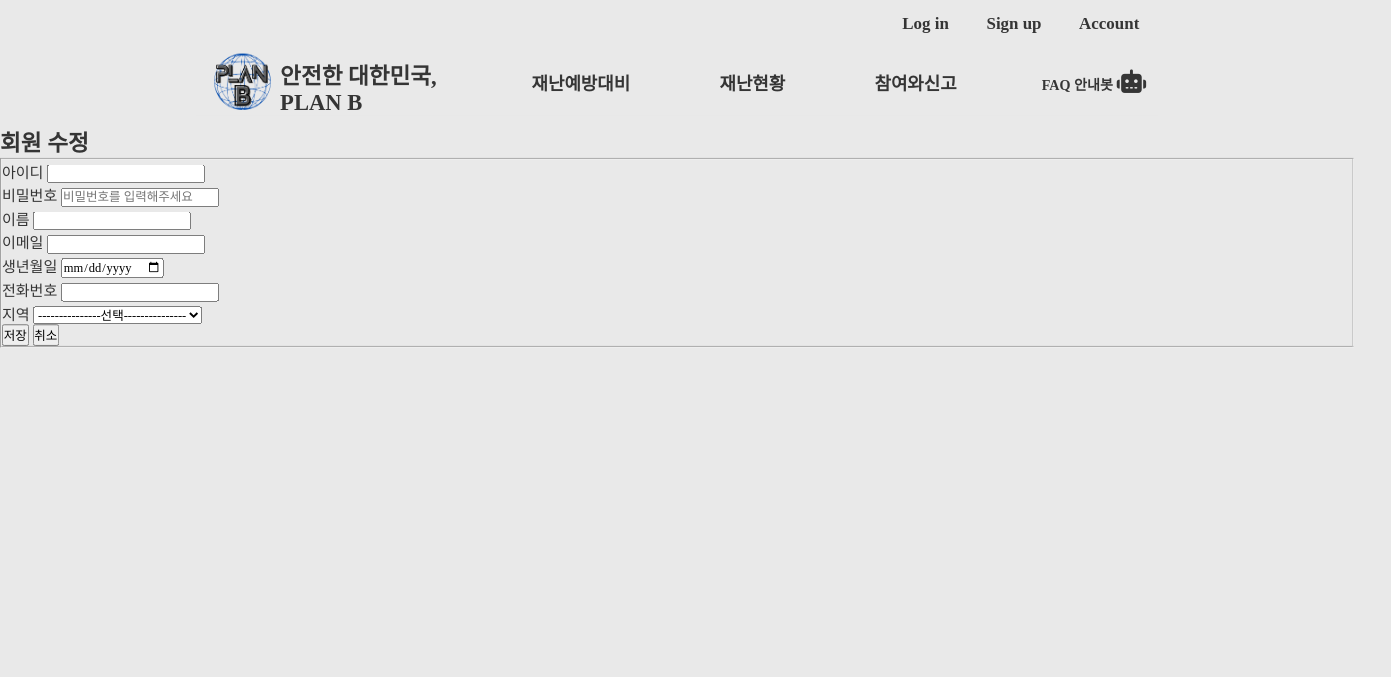
Repository: finalteam4/final
Page: http://localhost/member/update
These files come from the project's save history. The page is drawn as it stood at one moment and after the next save; the edit follows.
The browser window is 1280 px wide. The page is 1440 px wide, then 1480 px, so the pictures cover 1480 px, including what lies to the right of the window. The pictures show the whole page, at 94% of full size.
Some web libraries are served in a nearby version. The page is this project's Thymeleaf template; nobody is signed in. The template is opened directly, without the code that normally fills it, so the values that code supplies are empty.

Above is the page before, as saved 2024-02-08 06:44:43.

### final/src/main/resources/templates/member/update.html
<!DOCTYPE html>
<html xmlns:th="http://www.thymeleaf.org">
<head>
<meta charset="UTF-8">
<title>회원정보...</title>
<link rel="stylesheet" th:href="@{/css/style.css}">
</head>
<body>
   <div id="ch">
    <div th:replace="~{header}"></div>
	<div id="container">
	  <section id="update">
		<h2>회원 수정</h2>
		<form th:action="@{/member/update}" method="post">
		<input type="hidden" name="id" th:value="${member.id}">
		   <fieldset>
		  	<ul>
		  		<li>
		  			<label for="memberId">아이디</label>
		  			<input type="text" name="memberId" readonly
		  				id="memberId" th:value="${member.memberId}">
		  		</li>
		  		<li>
		  			<label for="password">비밀번호</label>
		  			<input type="password" name="password"
		  			    id="password" placeholder="비밀번호를 입력해주세요">
		  		</li>
		  		<li>
		  			<label for="name">이름</label>
		  			<input type="text" name="name"
		  			    id="name" th:value="${member.name}">
		  		</li>
		  		<li>
		  			<label for="memberEmail">이메일</label>
		  			<input type="text" name="memberEmail"
		  			    id="memberEmail" th:value="${member.memberEmail}">
		  		</li>
		  		<li>
		  			<label for="memberAge">생년월일</label>
		  			<input type="date" name="memberAge"
		  			    id="memberAge" th:value="${member.memberAge}">
		  		</li>
		  		<li>
		  			<label for="mnumber">전화번호</label>
		  			<input type="text" name="mnumber"
		  			    id="mnumber" th:value="${member.mnumber}">
		  		</li>
		  		<li>
		  			<label for="memberArea">지역</label>
		  			 <select name="memberArea" id="memberArea" th:value="${member.memberArea}">
						    <option value="">---------------선택---------------</option>
						    <option value="서울특별시">서울특별시</option>
						    <option value="부산광역시">부산광역시</option>
						    <option value="대구광역시">대구광역시</option>
						    <option value="인천광역시">인천광역시</option>
						    <option value="광주광역시">광주광역시</option>
						    <option value="대전광역시">대전광역시</option>
						    <option value="울산광역시">울산광역시</option>
						    <option value="세종특별자치시">세종특별자치시</option>
						    <option value="경기도">경기도</option>
						    <option value="강원특별자치도">강원특별자치도</option>
						    <option value="충청북도">충청북도</option>
						    <option value="충청남도">충청남도</option>
						    <option value="전북특별자치도">전북특별자치도</option>
						    <option value="전라남도">전라남도</option>
						    <option value="경상북도">경상북도</option>
						    <option value="경상남도">경상남도</option>
						    <option value="제주특별자치도">제주특별자치도</option>
						</select>
		  		</li>
		  	    <li>
		  			<button type="submit">저장</button>
		  			<button type="reset">취소</button>
		  		</li>
		  	 </ul>
	  	    </fieldset>
	  	  </form>
	  	</section>
	</div>
	</div>
</body>
</html>

### final/src/main/resources/templates/header.html
<!DOCTYPE html>
<html xmlns:th="http://www.thymeleaf.org"
		xmlns:sec="http://www.thymeleaf.org/thymeleaf-extras-springsecurity6">
<head>
    <link rel="stylesheet" href="/css/Mainstyle.css">
    <script src="https://kit.fontawesome.com/6673aed616.js" crossorigin="anonymous"></script>
   	<script src="https://cdn.jsdelivr.net/npm/sockjs-client@1/dist/sockjs.min.js"></script>
	<script th:src="@{https://code.jquery.com/jquery-3.7.1.min.js}"></script>

</head>

<body>
    <header th:fragment="header-fragment">

        <section id="planB-header">
            <div class="planB-sidemenu">
            	<!-- 채채 페이지와 연결 -->
            	<th:block sec:authorize="isAnonymous()" >
	            	<a th:href="@{/login}">Log in</a>
	            	<a th:href="@{/member/join}">Sign up</a>
            	</th:block>
            	<a sec:authorize="isAuthenticated()" th:href="@{/logout}">Log out</a>

            	<a th:href="@{/member/account}">Account</a>
            </div>
			<!-- 프로젝트 로고 -->
            <div class="planB-menuWrap">
            	<a th:href="@{/}" class="main-img-logo">
           			<img th:alt="handmad_planB_logo" src="/images/planB-logo.png" style="width:60px; height:60px;">
           			<h2>안전한 대한민국,<br>PLAN B</h2>
            	</a>
          		<!-- 메인 메뉴 -->
	            <nav class="main-menu-wrap nav03">
	            	<div class="menu-container">
		            	<ul>
			            	<li class="main-menu-item">
			            		<a>재난예방대비</a>
			            		<!-- 서브메뉴 -->
			            		<ul class="submenu">
			            			<li>
		           						<a th:href="@{#}">자연재난 행동요령</a>
		           						<ul>
			            					<li><a th:href="@{/safeBehavior/Num1}">지진</a></li>
			            					<li><a th:href="@{/safeBehavior/Num4}">산사태</a></li>
			            					<li><a th:href="@{/safeBehavior/Num6}">대설</a></li>
			            				</ul>
		           					</li>
		           					<li>
		           						<a th:href="@{#}">사회재난 행동요령</a>
		           						<ul>
			            					<li><a th:href="@{/safeBehavior/Num2}">산불</a></li>
			            					<li><a th:href="@{/safeBehavior/Num3}">미세먼지</a></li>
			            					<li><a th:href="@{/safeBehavior/Num5}">붕괴</a></li>
			            				</ul>
		           					</li>
		           					<li>
			            				<a th:href="@{/contact/emer_contact}">비상연락망</a>
			            			</li>
			            		</ul>
			            	</li>
			            	<li class="main-menu-item">
			            		<a>재난현황</a>
			            		<!-- 서브메뉴 -->
			            		<ul class="submenu">
			            			<li>
			            				<a th:href="@{/data/data3}">지진</a>
			            			</li>
			            			<li>
			            				<a th:href="@{/data/data6}">산사태</a>
			            			</li>
			            			<li>
			            				<a th:href="@{/data/data7}">대기오염</a>
			            			</li>
			            			<li>
			            				<a th:href="@{/data/data5}">붕괴</a>
			            			</li>
			            			<li>
			            				<a th:href="@{/data/data2}">산불</a>
			            			</li>
									<!-- <li>
		           						<a th:href="@{/}">submenu 1</a>
		           						<ul>
			            					<li><a th:href="@{/}">child 1-1</a></li>
			            					<li><a th:href="@{/}">child 1-2</a></li>
			            					<li><a th:href="@{/}">child 1-3</a></li>
			            				</ul>
		           					</li> -->
			            		</ul>
			            	</li>
			            	<li class="main-menu-item">
			            		<a>참여와신고</a>
			            		<!-- 서브메뉴 -->
			            		<ul class="submenu">
			            			<li>
			            				<a th:href="@{/board/}">게시판</a>
			            				<ul>
			            					<li><a th:href="@{/noticeboard/}">공지사항</a></li>
			            					<li><a th:href="@{/infoboard/}">제보게시판</a></li>
			            					<li><a th:href="@{/qnaboard/}">질문게시판</a></li>
			            					<li sec:authorize="hasAnyAuthority('ADMIN')" >
			            						<a th:href="@{/report/}" style="color:red;">신고게시판</a>
			            					</li>
			            				</ul>
			            			</li>
			            			<li>
	                                   <a th:href="@{/ex/survey}" onclick="return alert('당신의 재난 지식을 점검하세요!')">체크리스트</a>
	                                </li>
			            			<li>
		           						<a th:href="@{#}" onclick="chatOpen()">채팅방</a>
		           					</li>
			            		</ul>
			            	</li>
		            	</ul>
			            <!-- FAQ 토글 버튼 -->
					    <div class="menu-bot-img" id="faqToggleButton">
					        <span>FAQ 안내봇</span>
					        <i class="fa-solid fa-robot" style="font-size:25px;"></i>
					    </div>
					    <!-- FAQ 오버레이 배경 -->
						<div id="faqOverlay"></div>
					    <!-- FAQ 컨테이너 -->
					    <div id="faqContainer" style="display:none;">
					        <!-- JavaScript가 여기에 질문 버튼을 동적으로 추가합니다 -->
					    </div>
		            </div>
	            </nav>
            </div> <!-- planB-menuWrap -->
        </section>
    </header>
<script th:src="@{/js/faq-chatbot.js}"></script>
<script th:src="@{/js/favicon.js}"></script>

<script th:inline="javascript">
    function chatOpen() {
        // 창의 크기
        let windowWidth = 820;
        let windowHeight = 400;

        // 뷰포트 크기 (스크롤바 고려)
        let viewportWidth = Math.max(document.documentElement.clientWidth || 0, window.innerWidth || 0);
        let viewportHeight = Math.max(document.documentElement.clientHeight || 0, window.innerHeight || 0);

        // 창의 위치
        let popupX = viewportWidth - windowWidth;
        let popupY = viewportHeight - windowHeight;

        // 새 창 열기
        window.open("/chat/", "채팅방", "width=" + windowWidth + ", height=" + windowHeight + ", left=" + popupX + ", top=" + popupY);
    }
</script>
</body>
</html>

### final/src/main/resources/static/css/style.css
@charset "UTF-8";


/* 공통 */

*{margin: 0; padding: 0; font-family: 'NanumSquareRound';}

html, body{height:auto; min-height:100%; min-width:1440px; width:100%; color: #353535; background: #e9e9e9;}

a{text-decoration: none; color:#353535; font-weight:900;}
a:hover{text-decoration: none; color: #004aad; font-weight:900;}
ul li{list-style: none;}




/* nagyung */


/* =============================================
                     header
================================================ */
#planB-header{width:100%; max-width:1024px; margin:0 auto;
	/* border:1px solid black; */ /* body: 1024px틀 마지막에 지울예정 */
}
/* header - 로그인, 회원가입, 마이페이지 */
.planB-sidemenu{
	width:100%;
	display:flex;
	justify-content: flex-end;
}
.planB-sidemenu a{padding: 15px 20px; font-size:18px;}
/* header - 로고, 메인메뉴, 챗봇 */
.planB-menuWrap{width:100%; display:flex; margin-bottom:10px;}
.main-img-logo{
	width:310px;
	display:flex;
	align-items: center;
	padding-left:20px;
	}
.main-img-logo h2{padding:10px 0 0 10px;  font-weight:900;}

.main-menu{
	width:90%;
	margin:0 auto;
	display:flex;
	justify-content: space-evenly;
    align-items: center;
    padding-top:20px;
    }
.main-menu a{font-size:19px; letter-spacing:1px;}
.main-menu span{font-size:15px;}
/*===============================================
 					footer
=================================================*/



/* chaehee */

.ch{
  width: 100%;
  padding: 20px;
  background-color: #E9E9E9;


  .container{width: 90%; padding: 30px; margin: 0 auto;}


/* login 스타일 */
  #login{
    margin: 100px auto;
    padding: 40px;
    width: 380px;
    background-color: #f7f7f7;
    border: 1px solid rgb(0, 74 , 173);
    flex-direction: column;
  }
  #login h2{
    text-align: center;
    margin: 20px;
    color: rgb(0, 74 , 173);
  }
  #login fieldset{
    border: none;
  }

  #login li input{
  	border-style: none;
    margin: 15px auto;
    padding: 0 10px 0 10px;
    width: 100%;
    height: 40px;
    text-indent: 5px;
  }
  #login #username,
  #login #password,
  #login #loginbutton,
  #login #joinf{
    box-sizing: border-box;
    border: 1px solid #004aad;
  }
  #login #loginbutton,
  #login #joinf{
    font-weight: bold;
  }
  #login #loginbutton{
    background-color: #004aad;
    color: white;
  }
  #login #joinf{
    background-color: white;
    color: #004aad;
  }
  .line {
    display:flex;
    flex-basis:100%;
    align-items:center;
    color:rgba(0,0,0,0.35);
    font-size:14px;
    margin:10px 0px;
  }
  .line::before{
    content:"";
    flex-grow:1;
    margin:0px 16px;
    background:rgba(0,0,0,0.35);
    height:1px;
    font-size:0px;
  }
  .line::after {
    content:"";
    flex-grow:1;
    margin:0px 16px;
    background:rgba(0,0,0,0.35);
    height:1px;
    font-size:0px;
  }

  /* join 스타일 */
  #join{
    margin: 100px auto;
    padding: 40px;
    width: 400px;
    background-color: #f7f7f7;
    border: 1px solid rgb(0, 74 , 173);
    flex-direction: column;
  }
  #join h2{
    text-align: center;
    margin: 10px 20px 50px 20px;
    color: rgb(0, 74 , 173);
  }
  #join fieldset{
    border: none;
  }
  #join label{
    display: inline-block;
    width: 120px;
    margin: 10px 0px 10px 20px;
  }
  #join input[type="text" i],
  #join input[type="password" i],
  #join input[type="date" i],
  #join select  {
  width: 220px;
  height: 20px;
  margin: 10px;
  }
  #join #joinf, #join #kakao, #join #naver, #join #google {
  	border-style: none;
    margin: 15px 10px;
    width: 380px;
    height: 40px;
    text-indent: 5px;
  }

  #join #joinf{
    background-color: #004aad;
    color: white;
    font-weight: bold;
  }
  /* account 스타일 */
  #account{
    width: 60%;
    margin: 100px auto;
    display: flex;
    border: 1px solid #004aad;
    background-color: #f5f5f5;
    max-width: 1024px;
  }
  #left{
    width: 40%;
    height: 100%;
  }
  #left #mimage{
    width: 50%;
    aspect-ratio: 1 / 1;
    margin: 20px auto;
    background-color: #dadada;
    border-radius: 50%;
    margin-top: 25%;
    overflow: hidden;
  }
   #left #mimage img{
   display: block;
   width: 100%;
   }
  #left h6{
    padding-bottom: 50px;
    text-align: center;
    font-size: 15px;
  }
  #left .mbutton{
    margin: 10% auto;
    padding: 5%;
    width: 50%;
    border-radius: 30px;
    text-align: center;
    color: white;
    font-weight: bold;
  }
  #left #update{
    background-color: #dadada;
    font-size: 15px;
  }
  #left #logout{
    background-color: #004aad;
    font-size: 15px;
  }
  #right{
    margin: auto;
    padding: 30px;
    width: 90%;
    height: 100%;
    display: flex;
    flex-direction: column;
    justify-content: center;
  }
  #right h5{
    width: 100%;
    margin: 10px;
  }
  #right .mcontent{
    display: flex;
    flex-direction: column;
    margin: 5px 0 25px 0;
    padding: 5px 0;
    width: 100%;
    background-color: #ececec;
    border-top: 1px solid #004aad;
    border-bottom: 1px solid #004aad;
    align-items: center;
  }
  #right .mcontent p{
	padding: 8px 0px;
    width: 90%;
    border-bottom: 1px dashed white;
    text-align: center;
  }
  #right .mcontent p:last-child {
  border-bottom: none;
}
  .line2 {
    border-left: 1px dotted #004aad;
    width: 0;
  }

/* update 스타일 */
  #update{
    margin: 100px auto;
    padding: 40px;
    width: 400px;
    background-color: #f7f7f7;
    border: 1px solid rgb(0, 74 , 173);
    flex-direction: column;
  }
  #update h2{
    text-align: center;
    margin: 10px 20px 50px 20px;
    color: rgb(0, 74 , 173);
  }
  #update fieldset{
    border: none;
  }
  #update label{
    display: inline-block;
    width: 120px;
    margin: 10px 0px 10px 20px;
  }
  #update input[type="text" i],
  #update input[type="password" i],
  #update input[type="date" i],
  #update select  {
  width: 220px;
  height: 20px;
  margin: 10px;
  }
  #update #updatef, #update #kakao, #update #naver, #update #google {
    border-style: none;
    margin: 15px 10px;
    width: 380px;
    height: 40px;
    text-indent: 5px;
  }

  #update #updatef{
    background-color: #004aad;
    color: white;
    font-weight: bold;
  }



}

/* yubin */


.main-main {
	width:1024px;

    background-color: #d9d9d9;
    margin: 0 auto;
}
/* 메뉴 */
#state_sub{
		background: #1b4fa2 url(/images/titBg.jpg) no-repeat 50% 50%;
}
#state_sub .stateWrap > strong {
    display: block;
    margin-bottom: 30px;
    text-align: center;
    font-size: 44px;
    font-weight: 200;
    color: #fff;
    line-height: 1.1em;
}
#state_sub .stateWrap ul {
    text-align: center;
}
#state_sub .stateWrap ul li {
    display: inline-block;
    position: relative;
    margin: 0 24px;
    padding-bottom: 6px;
}
#state_sub .stateWrap ul li.active a strong {
    color: #fff;
    font-weight: 400;
}
#state_sub .stateWrap ul li a strong {
    display: block;
    font-size: 16px;
    font-weight: 200;
    color: rgba(255, 255, 255, 0.5);
}

/*산불페이지 */
.leftArea{
	float: left;

}
.leftArea img{
	width: 400px;
	height: 600px;
	margin: 10px 0 0 10px;
}
.rightArea{
	display:inline-block;
	margin-left: 20px;

}
.rightArea h2{
	margin-top: 20px;

}

.todayArea ul li{
	list-style: none;
	float: left;
    width: 183px;
    height: 110px;
    padding: 24px 0 0;
    margin-right: 10px;
    text-align: center;
    line-height: 1em;
    background: #f1f1f1;
    box-sizing: border-box;
    margin-top: 20px;
    margin-bottom: 20px;
}
/* 표 전체 스타일 */
.tableArea {
    width: 590px;
    height: 400px;
    margin-top:20px;
    overflow: auto; /* 내용이 넘칠 경우 스크롤 표시 */
}

/* 표 제목 스타일 */
.tableArea table {
    width: 100%;
    border-collapse: collapse;
    font-size: 14px;
}

/* 각 셀 스타일 */
.tableArea th, .tableArea td {
    border: 1px solid #ddd;
    padding: 8px;
    text-align: center;
}

/* 각 열 스타일 */
.tableArea th {
    background-color: #f0f0f0;
}

/* 각 행 스타일 */
.tableArea tr:hover {
    background-color: #f5f5f5;
}
 .terms317 img {

    width: 900px; /* 너비를 원하는 크기로 지정 */
    height: auto; /* 높이는 자동으로 조절됩니다. */

  }
.terms317 p{
	margin-left: 55px;
}
  .terms318 img {
    width: 300px; /* 너비를 원하는 크기로 지정 */
    height: auto; /* 높이는 자동으로 조절됩니다. */
  }

  .terms319 img {
    width: 250px; /* 너비를 원하는 크기로 지정 */
    height: auto; /* 높이는 자동으로 조절됩니다. */
  }

  .terms320 img {
    width: 550px; /* 너비를 원하는 크기로 지정 */
    height: auto; /* 높이는 자동으로 조절됩니다. */
  }

  .terms321 img {
    width: 550px; /* 너비를 원하는 크기로 지정 */
    height: auto; /* 높이는 자동으로 조절됩니다. */
  }


  .tabSlideWrap {
    padding: 10px;
  }

  .swiper-container-horizontal {
    position: relative;
    display: flex;
    justify-content: space-around;
  }

  .swiper-wrapper {
    list-style: none;
    padding: 0;
    margin: 0;
    display: flex;
  }

  .swiper-slide {
    margin-right: 20px;
  }

  .swiper-slide a {
    text-decoration: none;
    color: black;
    padding: 10px;
    display: block;
  }

  .swiper-slide a:hover {
    background-color: #f0f0f0;
  }
 /* 산불끝 */









/* KH */

/* 비상연락처 */

#container_emer h2{text-align:center; font-size: 3em; color:#e9e9e9; padding-top: 20px;
   margin-bottom: 50px;}
#container_emer{text-align: center; background-color: #e9e9e9;}
#emer_title{height: 95px; background-color:#004aad;}
#emer_tbl {border-collapse: collapse; margin: 20px auto;}
#emer_tbl td{width: 150px; height: 30px; border: 2px solid #ddd;
	padding: 8px; text-align: center; color: #363636; background-color:#f9f9f9;}
.region {cursor: pointer;}
#map {width: 1024px; height: 1024px;margin: 30px auto; background-color: rgba(255,255,255,1);
	}









/* sanghyun */

#content{
	width: 1024px;
	margin: 0px auto;
	height: 200vh;
}
h2.board_h2{
	color: #fff; text-align: center;
	width: 100%;
	height: 60px;
	background-color: #004aad;
	font-weight: bold;
	margin: 0;
	line-height: 60px;

}

#data_content{
	width: 100%;
	margin-top: 100px;
}

.news_section{
	margin: 50px 0px 0px 100px;
	width : 45%;
	border: 10px solid #fc80ac;
	display: block;
    float: left;
    padding: 10px;
    font-size:0.8rem;
}
.news_section p{
	margin: 5px;
}
.org_name{
	padding: 5px;
	font-size:1rem;
}
.board_section{
	display: block;
    float: left;
    margin: 50px 10px;
}


/* 게시판 */
.board_content{
	width: 100%;
	background-color: #fff;
	height: 100%;
}


.tbl_list {
	margin: 0 auto;
	width: 95%;
	text-align: center;
	border-collapse: collapse;
}
.tbl_list td, th{
	border-left: none;
	border-right: none;
	border-bottom: 1px solid black;
}
.td_title {width: 50%; text-overflow: ellipsis; white-space:nowrap;}

.board_btn {
   width: 90px;
   height: 35px;
   background-color: #cdcdcd;
   border: 1px solid #353535;
   border-radius: 10px;
   box-shadow: 2px 2px 4px rgba(0, 0, 0, 0.5);
   font-weight: bold;
}

.board_btn:hover{
	background-image: linear-gradient(to bottom right, #002255, #004aad);
	color: #fff;
}


/* 페이지 버튼 */
.pagination_btn {
    display: flex;
    justify-content: center;
    align-items: center; /* 수직 가운데 정렬 추가 */
    font-size: 15px;
    line-height: normal;
}

.page-box {
    margin: 0 10px;
    font-weight: bold;
    display: inline-block;
}

.page-num-btn {
    width: 20px;
    height: 20px;
    border-radius: 50%;
    margin: 5px auto;
}

.page-btn.disabled {
    pointer-events: none;
    cursor: default;
    color: #aaa;
}

.page-btn.active {
    display: inline-flex;
    align-items: center; /* 수직 가운데 정렬 추가 */
    justify-content: center;
    width: 30px;
    height: 30px;
    background-image: radial-gradient(ellipse, #0088FF, #004AAD);
    border-radius: 50%;
    color: #fff;
    text-align: center;
}

.page-btn.active .page-box {
    display: inline-block;
    color: #fff;
}

/* 게시판 검색창 */
.search_btn{
   width: 450px;
   height: 35px;
   margin: 0px auto;
   background-color: #cdcdcd;
   border: 1px solid #353535;
   border-radius: 10px;
   padding-top: 10px;
   box-shadow: 2px 2px 4px rgba(0, 0, 0, 0.5);
}

.search_btn2{
   width: 350px;
   height: 35px;
   margin: 0px auto;
   background-color: #cdcdcd;
   border: 1px solid #353535;
   border-radius: 10px;
   padding-top: 10px;
   box-shadow: 2px 2px 4px rgba(0, 0, 0, 0.5);
}

.toggle_btn{
   width: 80px;
   height: 25px;
   border: none;
   border-radius: 5px;
   text-align: center;
   background-color: #fff;
   margin: 0px 10px;
}
.search_box{
   width: 230px;
   height: 25px;
   border: none;
   border-radius: 5px;
   padding: 0px 10px;
}
.board_btn1 {
   width: 70px;
   height: 25px;
   border: none;
   border-radius: 0 5px 5px 0;
   border-left : 1px solid #000;
   background-color: rgba(0, 0, 0, 0);
   font-weight: semi-bold;
}
.board_btn2 {
   width: 50px;
   height: 25px;
   border: none;
   background-color: rgba(0, 0, 0, 0);
   font-weight: semi-bold;
}

/* 게시글 상세보기 */
.tbl_detail{
	width: 95%;
	margin: 0 auto;
}
.tbl_detail td, th{
	border-left: none;
	border-right: none;
}

/* 댓글 */
.replyform{
	width: 95%;
	margin: 0 auto;
}
.replyWrite{
	margin-top:10px;
	border-color:#ccc;
}
#rcontent{
	width:100%;
}
.reply_reply{
	margin-top: 10px;
}

/* 글쓰기 */
.custom-file-input {
    display: none; /* 숨김 */
}

.custom-file-label {
    width: 90px;
    height: 35px;
    background-color: #cdcdcd;
    border: 1px solid #353535;
    border-radius: 10px;
    box-shadow: 2px 2px 4px rgba(0, 0, 0, 0.5);
    font-weight: bold;
    display: flex;
    justify-content: center;
    align-items: center;
    cursor: pointer;
    float: left;
    margin-bottom: 10px;
    margin-right: 10px;
}

.custom-file-label:hover{
	background-image: linear-gradient(to bottom right, #002255, #004aad);
	color: #fff;
}

.file-name{
	line-height: 35px;
}

.form-control {
  display: block;
  width: 95%;
  border: 1px solid #dee2e6;
  border-radius: 0.375rem;
  margin: 0 auto;
  padding: 5px;
}

@media (prefers-reduced-motion: reduce) {
  .form-control {
    transition: none;
  }
}
.form-select {
  display: block;
  width: 95%;
  border: 1px solid #dee2e6;
  border-radius: 0.375rem;
  margin: 0 auto;
}
@media (prefers-reduced-motion: reduce) {
  .form-select {
    transition: none;
  }
}
/* 채팅방 */

@media (max-width: 1024px) {
  #content {
    width:100%;
  }
  table{
  font-size: 1.5vw
  }
  .search_btn{
  	width: 425px;
  }
}



@media (max-width: 425px) {
  #content {
    width:355px;
  }
  table{
  font-size: 10px;
  }
  .search_btn{
  	width:355px;
  }
}



/* 헤더 */
header #head_header nav{
	width: 100%;
	height: 80px;
	background: #e9e9e9;
	border-top: 1px solid #ccc;
	border-bottom: 1px solid #ccc;
}
header #head_header h1{
	text-align:center;
}
#top_menu{line-height: 80px; text-align:center;}
#top_menu li{display: inline-block; margin: 0 20px; }
#top_menu li a{color: #444; padding: 0 20px;}
#top_menu li a:hover{color: #111;}

Loaded but not shown: final/src/main/resources/static/js/faq-chatbot.js (83 lines, source omitted); final/src/main/resources/static/js/favicon.js (19 lines, source omitted); final/src/main/resources/static/css/Mainstyle.css (775 lines, source omitted)

After the next save:
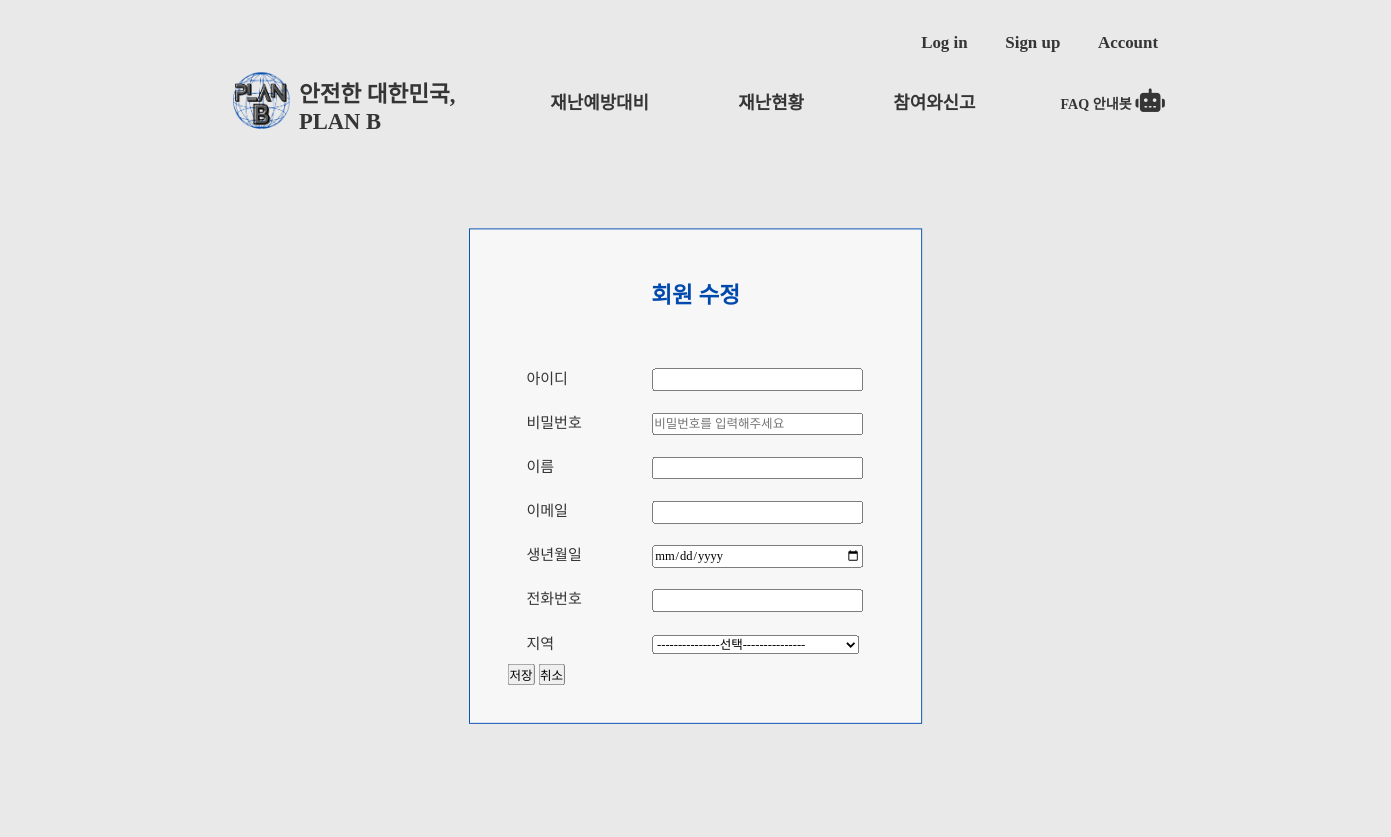
Saved 50 s later.
--- a/final/src/main/resources/templates/member/update.html
+++ b/final/src/main/resources/templates/member/update.html
@@ -6,7 +6,7 @@
 <link rel="stylesheet" th:href="@{/css/style.css}">
 </head>
 <body>
-   <div id="ch">
+   <div class="ch">
     <div th:replace="~{header}"></div>
 	<div id="container">
 	  <section id="update">
